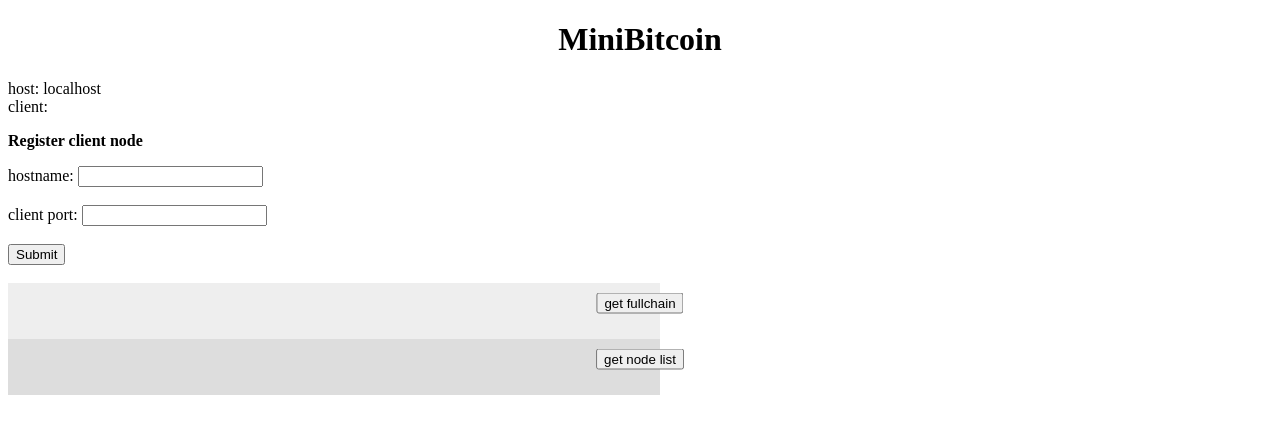
Repository: lam4562311/Minibitcoin
Page: http://localhost/
An editor plug-in stored every save of this project. The page is shown before and after a run of saves, followed by the edit.
The browser window is 1280 px wide. The pictures show the whole page.
Some web libraries are served in a nearby version. The page is served by the project's application, run on Flask 3 (bitcoin-5003.py).

Above is the page before, as saved 2022-04-09 17:01:26.

### templates/homepage.html
<!DOCTYPE html>
<html>
<head>
    <style>
        .center {
          margin:10px 0px 10px 0px;
          position: absolute;
          left: 50%;
          -ms-transform: translate(-50%, -50%);
          transform: translate(-50%, -50%);
        }

        /* Create two equal columns that floats next to each other */
        .column {
        float: left;
        width: 50%;
        padding: 10px;
        }

        /* Clear floats after the columns */
        .row:after {
        content: "";
        display: table;
        clear: both;
        </style>
</head>
    <body>

        <h1><center> MiniBitcoin </center></h1>
        <span> host:</span>
        <span id="hostname_span"></span><br>
        <span>client:</span>
        <span id="client_id_span"></span><br>
        <p><strong>Register client node</strong><br>
        </p>
        <form  method="post" id="Register_form">
            <label for="hostname">hostname:</label>
            <input type="text" id="node" name="node"><br><br>
            <label for="port">client port:</label>
            <input type="text" id="com_port" name="com_port"><br><br>
            <input type="submit" value="Submit" id="form_submit">
        </form>
        <span id="register_node_span"></span>
        <br>
        <div class="row">
            <div class="column" style="background-color:#EEEEEE">
                    <div class="center">
                        <button id="get_chain_bt">get fullchain</button>
                    </div>
                <br>
                <span id="fullchain_span"></span>
                <br>
            </div>
            <div class="column" style="background-color:#DDDDDD">
                    <div class="center">
                        <button id="get_node_bt">get node list</button>
                    </div>
                <br>
                <span id="node_list_span"></span>
                <br>
            </div>
        </div>
    <script src="//ajax.googleapis.com/ajax/libs/jquery/1.9.1/jquery.min.js"></script>
    <script src="{{url_for("static", filename="index.js")}}"></script>
    </body>
</html>

### bitcoin-5003.py
from operator import contains
import wx
from bitcoinclass import Transaction,Wallet,Block,Blockchain
from flask import Flask, jsonify, request, render_template, redirect, url_for, send_file
from urllib.parse import urlparse
import json
import re
import requests
import io
import logging
app = Flask(__name__)

#Flask API
@app.route('/new_transaction', methods=['POST'])
def new_transaction():
    values = request.form

    # Check that the required fields are in the PoST'ed data
    required = ['recipient_address', 'amount']
    if not all(k in values for k in required):
        return 'Missing values', 400

    #Create a new Transaction
    transaction = Transaction(myWallet.identity, values['recipient_address'], values[ 'amount'])
    transaction.add_signature(myWallet.sign_transaction(transaction))
    transaction_result = blockchain.add_new_transaction(transaction)

    if transaction_result:
        response = { 'message': 'Transaction will be added to Block'}
        return jsonify(response), 201
    else:
        response = {'message': 'Invalid Transaction!'}
        return jsonify(response), 406

@app.route( '/get_transactions' , methods=[ 'GET'])
def get_transactions():
    #Get transactions from transactions pool
    transactions = blockchain.unconfirmed_transactions
    response = {'transactions' : transactions}
    return jsonify(response), 200

@app.route('/chain', methods=['GET'])
def last_ten_blocks():
    response = {
        'chain' : blockchain.chain[-10:],
        'length': len(blockchain.chain),
    }
    return jsonify(response), 200


@app.route('/fullchain', methods=['GET'])
def full_chain():
    response = {
    'chain' : json.dumps(blockchain.chain),
    'length' : len(blockchain.chain),
    }
    return jsonify (response), 200

@app.route('/get_nodes', methods=['GET'])
def get_nodes():
    nodes = list(blockchain.nodes)
    response = {'nodes' : nodes}
    return jsonify(response), 200

@app.route('/register_node', methods=['POST'])
def register_node():
    values = request.form
    node = values.get('node')
    com_port = values.get('com_port')
    if node is None and com_port is None:
        return "Error: Please supply a valid list of nodes", 400
    if com_port is not None:
        blockchain.register_node(request.remote_addr + ":" + com_port)
        node = request.remote_addr + ":" + com_port
        app.logger.warning(node)
    else:
        blockchain.register_node(node)
    node_list = requests.get('http://' + node + '/get_nodes')
    if node_list.status_code == 200:
        node_list = node_list.json()['nodes']
        for node in node_list:
            blockchain.register_node( node)

    for new_nodes in blockchain.nodes:
        requests.post( 'http://' + new_nodes + '/register_node' , data={'com_port':str(port)})

    replaced = blockchain.consensus()
    if replaced:
        app.logger.warning('replaced')
        response ={
        'message' : 'Longer authoritative chain found from peers, replacing ours' ,
        'total_nodes ' : [node for node in blockchain.nodes]}
    else:
        response ={
        'message': 'New nodes have been added,but our chain is authoritative',
        'total_nodes' : [node for node in blockchain.nodes]
    }
    return jsonify(response), 201

@app.route('/consensus', methods=['GET'])
def consensus():
    replaced = blockchain.consensus()
    if replaced:
        app.logger.info('replaced')
        response = {
            'message' : 'our chain was replaced',
        }
    else:
        app.logger.info('not replaced')
        response = {
        'message ' : 'our chain is authoritative',
        }
    return jsonify(response), 200

@app.route('/mine', methods=[ 'GET'])
def mine():
    blockchain.boardcast_transactions(request.host)

    newblock = blockchain.mine(myWallet)
    for node in blockchain.nodes:
        ans = requests.get('http://' + node + '/consensus')
        app.logger.info(ans)
    response = {
        'index' : newblock.index,
        'transactions' : newblock.transactions,
        'timestamp' : newblock.timestamp,
        'nonce' : newblock.nonce,
        'hash' : newblock.hash,
        'previous_hash' : newblock.previous_hash
    }
    return jsonify( response), 200

@app.route('/import_key', methods=['POST'])
def import_key():
    f = request.files['file']
    blob = f.read()
    myWallet.import_key(blob)
    return 'key imported successfully'

@app.route('/export_key', methods=['GET'])
def export_key():
    blob = myWallet.export_key()
    return send_file(
        io.BytesIO(blob),
        mimetype='application/octet-stream',
        as_attachment = True,
        attachment_filename = "keyfile")

@app.route('/get_status', methods=['GET'])
def get_status():
    response ={
        'public_key' : myWallet.identity,
        'balance': blockchain.get_balance(myWallet.identity)
    }
    return jsonify(response),200

@app.route('/update_balance', methods=['PUT'])
def update_balance():
    myWallet.balance = blockchain.get_balance(myWallet.identity)
    response = {'message': 'Balance updated'}
    return jsonify(response), 200

@app.route('/sync_transactions', methods=['GET'])
def sync_transactions():
    result = blockchain.boardcast_transactions(request.host)
    if result:
        response = {
            'message': 'Synchronized Transactions'
        }
    else:
        resonse = {'message': 'False'}
    return jsonify(resonse), 200

@app.route('/')
def index():
    return render_template('homepage.html')

if __name__ == '__main__':
    myWallet = Wallet()
    blockchain = Blockchain()
    port = 5003
    app.logger.setLevel(logging.DEBUG)
    app.run(host='127.0.0.1', port=port, debug = True)

### static/index.js
let get_chain_bt = document.querySelector("#get_chain_bt");
let get_node_bt = document.querySelector("#get_node_bt");

let full_chain_span = document.querySelector("#fullchain_span")
let full_node_span = document.querySelector("#node_list_span")
let hostname_span = document.querySelector("#hostname_span")
let client_id_span = document.querySelector("#client_id_span")
let register_node_span = document.querySelector("#register_node_span")
let Register_node_submit_listener = document.getElementById("Register_form").addEventListener("submit", formSubmit);

hostname_span.innerHTML = window.location.hostname;
client_id_span.innerHTML = window.location.port;

function get_full_chain(){
    $.ajax({
        type: "GET",
        contentType: "application/json; charset=utf-8",
        url:"/fullchain",
        dataType: "json",
        success: (data) => {
            full_chain_span.innerHTML = JSON.stringify(data);
        }
    });
    querystring = window.location.search;
}

function get_node_list(){
    $.ajax(
        {
            type: "GET",
            contentType: "application/json; charset: utf-8",
            url:"/get_nodes",
            dataType: "json",
            success: (data) => {
                full_node_span.innerHTML = JSON.stringify(data);
            }
        }
    )
}

function formSubmit(event) {
    event.preventDefault();
    $.ajax({
        url : "/register_node",
        type: 'post',
        data:$('#Register_form').serialize(),
        statusCode: {
            201: function(response) {
                register_node_span.innerHTML = JSON.stringify(response);
        },
        200: function(response) {
            alert(JSON.stringify(response.messages));
            register_node_span.innerHTML = "Total ndoe: "+JSON.stringify(response.total_nodes);
        },
      statusCode: {
        400: function(response) {
            alert(JSON.stringify(response.messages));
            register_node_span.innerHTML = "Total ndoe: "+JSON.stringify(response.total_nodes);
        },
    }
}
    });
  }
$(get_chain_bt).click(()=>get_full_chain());
$(get_node_bt).click(()=>get_node_list());

After the next 2 saves:
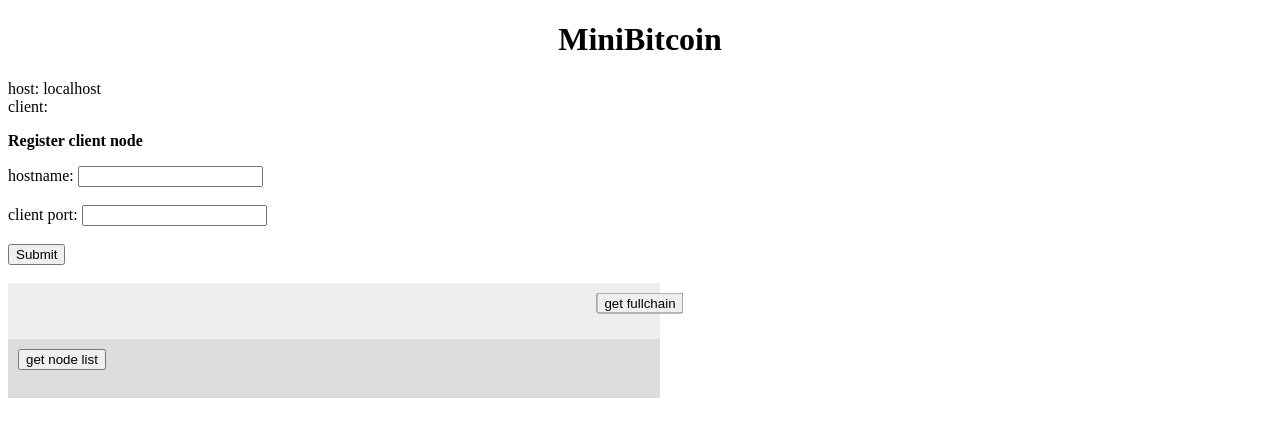
The 2 saves are shown as one change because 1 did not build or start.
The last was saved 70 s later.
--- a/templates/homepage.html
+++ b/templates/homepage.html
@@ -52,9 +52,9 @@
                 <br>
             </div>
             <div class="column" style="background-color:#DDDDDD">
-                    <div class="center">
+
                         <button id="get_node_bt">get node list</button>
-                    </div>
+
                 <br>
                 <span id="node_list_span"></span>
                 <br>
